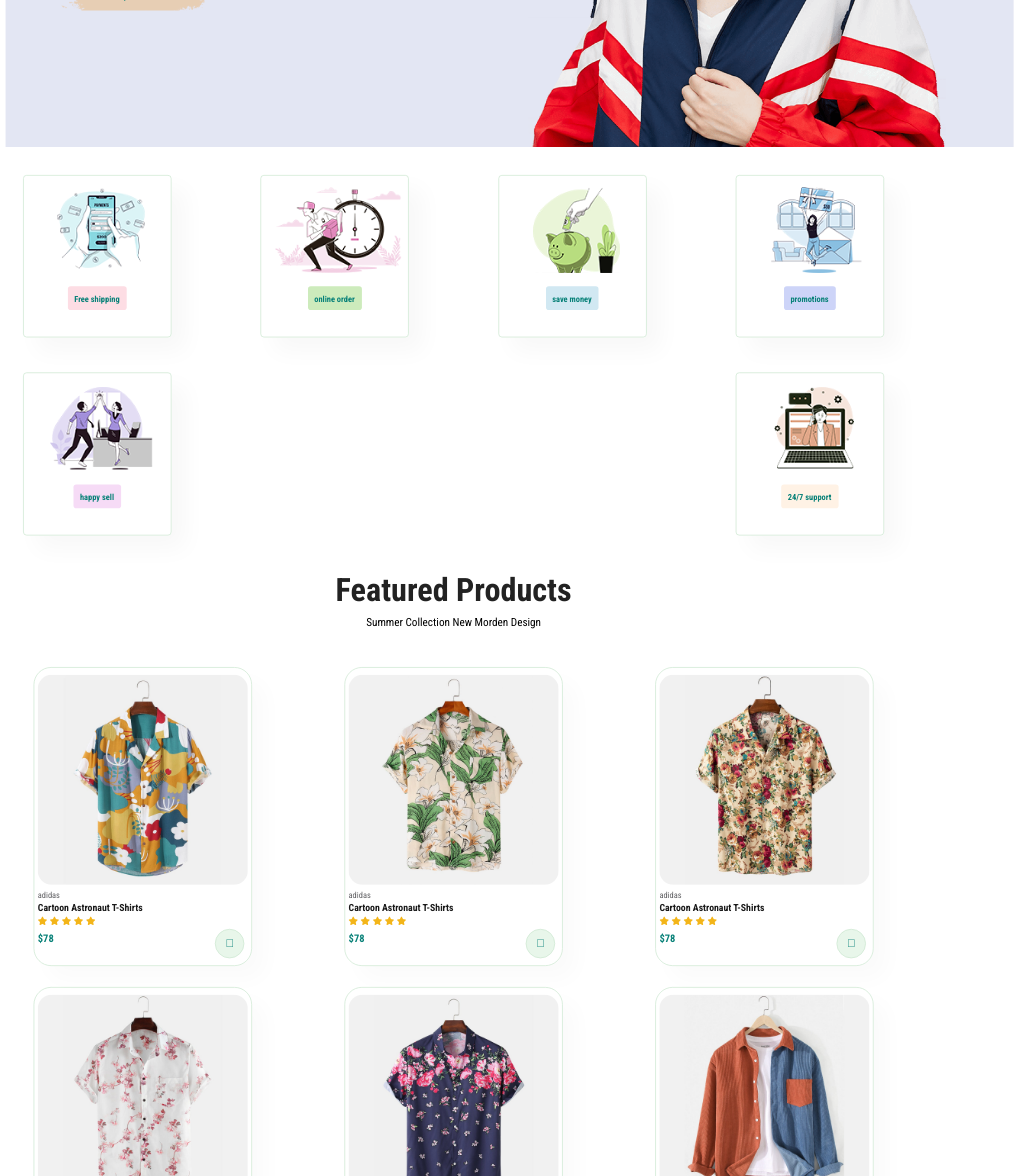
Repository: nhutduy-1905/web_coban
Page: src/index/index.html
These files come from the project's save history. The page is drawn as it stood at one moment and after the next save; the edit follows.
The browser window is 1280 px wide. The page is 1448 px wide, so the pictures cover 1448 px, including what lies to the right of the window. The pictures show the part of the page from y = 530 to 2210 px (the page is 3840 px tall before and 3827 px after), at 70% of full size.

Above is the page before, as saved 2024-11-19 21:56:17.

After the next save:
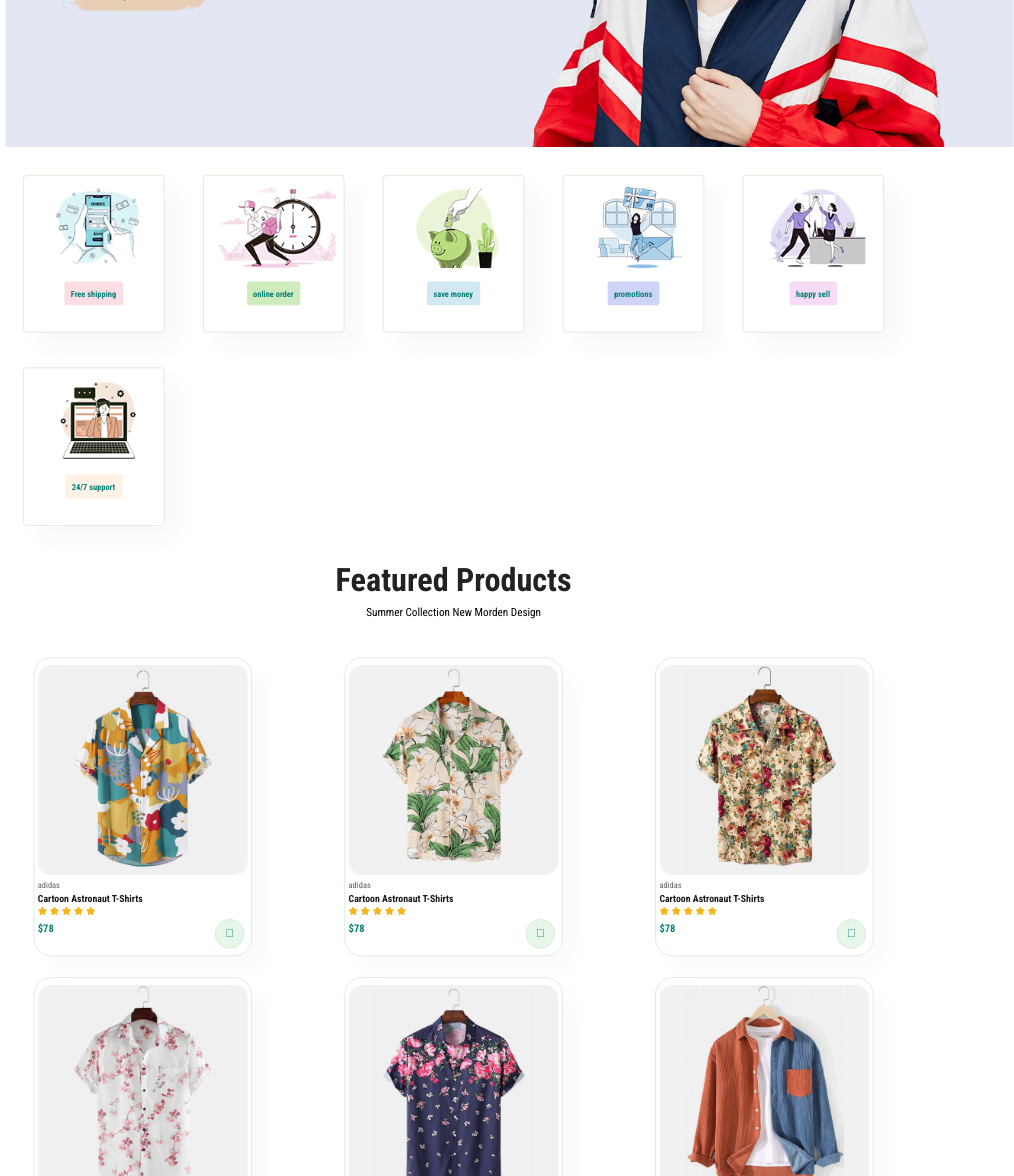
Saved 8 s later.
--- a/src/benefit/benefit.css
+++ b/src/benefit/benefit.css
@@ -10,7 +10,7 @@
  }
 
  #featured .fe-box {
-    width: 180px;
+    width: 170px;
     /* Đặt chiều rộng cho mỗi hộp là 120px */
     text-align: center;
     /* Căn giữa nội dung văn bản trong mỗi hộp */
